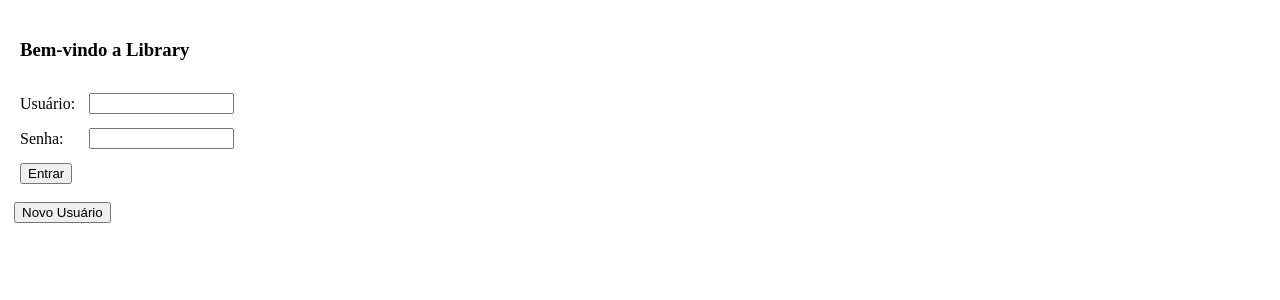
Repository: lmsmorais/ProjectEpiousion
Page: http://localhost/LibraryProject/
These files come from the project's save history. The page is drawn as it stood at one moment and after the next save; the edit follows.
The browser window is 1280 px wide. The pictures show the whole page.
The page is served by Tomcat 9.

Above is the page before, as saved 2020-11-11 20:45:01.

After the next save:
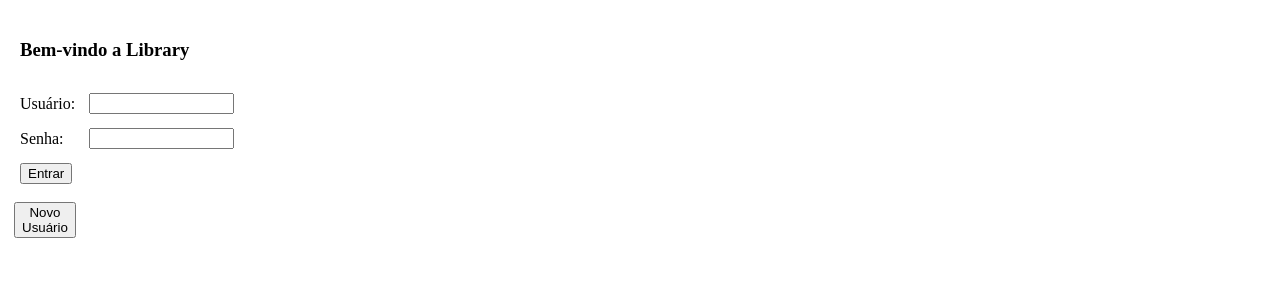
Saved 13 s later.
--- a/LibraryProject/WebContent/index.jsp
+++ b/LibraryProject/WebContent/index.jsp
@@ -30,7 +30,7 @@
 			</table>
 		</form>
 		<form method="post" action='${pageContext.request.contextPath}/Login'>
-		<table cellspacing="5" cellpadding="1" width="10%">
+		<table cellspacing="5" cellpadding="1" width="5%">
 			<tr>
 				<td><button type="submit">Novo Usuário</button></td>
 			</tr>

After the save that followed:
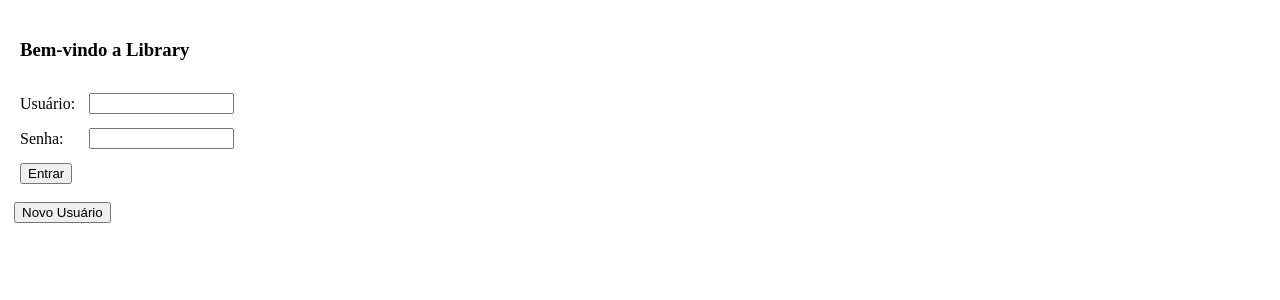
Saved 5 s later.
--- a/LibraryProject/WebContent/index.jsp
+++ b/LibraryProject/WebContent/index.jsp
@@ -30,7 +30,7 @@
 			</table>
 		</form>
 		<form method="post" action='${pageContext.request.contextPath}/Login'>
-		<table cellspacing="5" cellpadding="1" width="5%">
+		<table cellspacing="5" cellpadding="1" width=20%">
 			<tr>
 				<td><button type="submit">Novo Usuário</button></td>
 			</tr>
